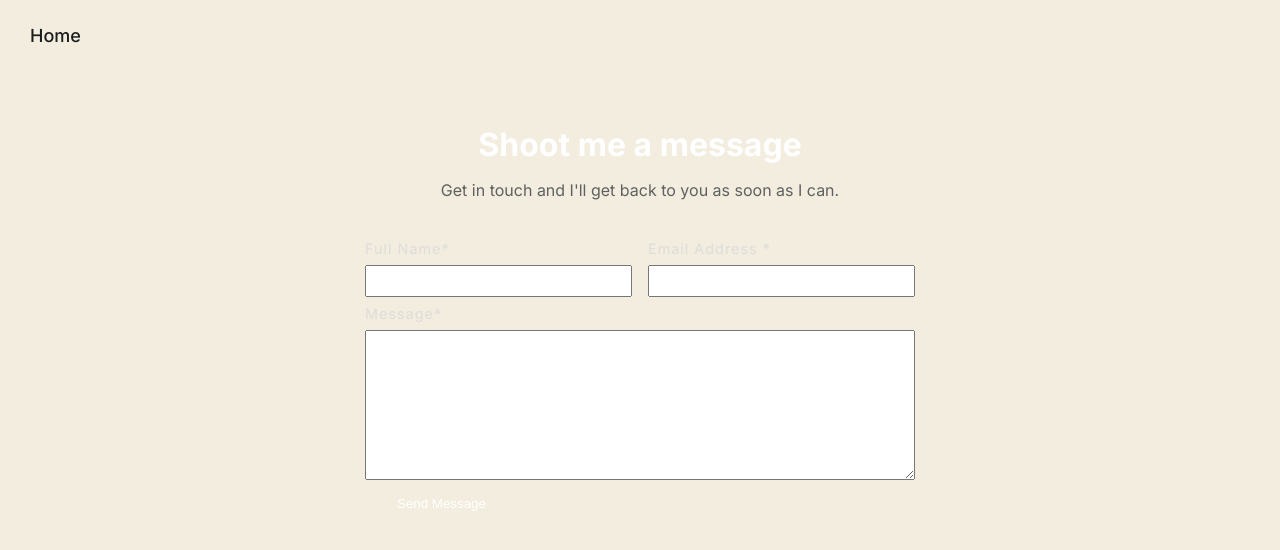
Repository: David-Waite/David-Waite-Portfolio
Page: /contact
An editor plug-in stored every save of this project. The page is shown before and after a run of saves, followed by the edit.
The browser window is 1280 px wide. The pictures show the whole page.
The project was rebuilt for these pictures with package versions that can differ from the ones it lists, and the page was loaded fresh each time. The framework's server and built-in components were replaced by stand-ins that run in the browser. Also part of the build but not shown: next.config.js, app/components/Nav/NavButton/navButton.module.css, app/components/Nav/NavButton/NavButton.tsx.

Above is the page before, as saved 2023-07-26 20:02:05.

### app/layout.tsx
import "./globals.css";
import type { Metadata } from "next";
import { Inter } from "next/font/google";
import Link from "next/link";
import NavBar from "./components/Nav/NavBar/NavBar";

const inter = Inter({ subsets: ["latin"] });

export const metadata: Metadata = {
  title: "Create Next App",
  description: "Generated by create next app",
};

export default function RootLayout({
  children,
}: {
  children: React.ReactNode;
}) {
  return (
    <html lang="en">
      <body className={inter.className}>
        <NavBar />
        {children}
      </body>
    </html>
  );
}

### app/contact/page.tsx
import { Metadata, NextPage } from "next/types";
import { Contact } from "../components/Contact/contact";

export const metadata: Metadata = {
  title: "David Waite | Contact ",
};

const ContactPage: NextPage = () => {
  return <Contact />;
};

export default ContactPage;

### app/globals.css
:root {
  --primary: #255b48;
  --black: #191d1b;
  --background: #f3eddf;
  --white: #ffffff;
  --grey: #606060;
}

.paragraph {
  font-size: 18px;
  font-style: normal;
  font-weight: 400;
  line-height: 25.2px;
  color: var(--black);
}

body {
  background-color: var(--background);
}

* {
  padding: 0;
  margin: 0;
  box-sizing: border-box;
}

### app/components/Nav/NavBar/NavBar.tsx
"use client";
import NavButton from "../NavButton/NavButton";
import styles from "./navBar.module.css";
import { usePathname } from "next/navigation";

import Link from "next/link";

export default function NavBar() {
  const currentRoute = usePathname();

  return (
    <nav className={styles.container}>
      <Link href={`./${currentRoute === "/" ? "about" : "/"}`}>
        {currentRoute === "/" ? "About" : "Home"}
      </Link>

      {currentRoute !== "/contact" && <NavButton />}
    </nav>
  );
}

### app/components/Contact/contact.tsx
"use client";

import { FormEvent, useState } from "react";
import styles from "./contact.module.css";
import { useSearchParams } from "next/navigation";
export const Contact = () => {
  const [message, setMessage] = useState<string>("");
  const [status, setStatus] = useState<string>("");
  const [disabled, setDisabled] = useState<boolean>(false);
  const searchParams = useSearchParams();

  const onContactFormSubmit = async (e: FormEvent<HTMLFormElement>) => {
    e.preventDefault();
    const formData: { [key: string]: string } = {};
    const elements = e.currentTarget.elements as unknown as Array<
      HTMLInputElement | HTMLTextAreaElement | HTMLButtonElement
    >;

    Array.from(elements).forEach((field) => {
      if (!field.name) return;
      formData[field.name] = field.value;
    });

    await fetch("/contact/send", {
      method: "POST",
      body: JSON.stringify(formData),
    })
      .then((res) => res.json())
      .then((res) => {
        setMessage(res.message);
        setStatus(res.status);
        setDisabled(res.message.length > 0);
      });
  };

  return (
    <div className={styles.container}>
      <h1 className={styles.heading}>Shoot me a message</h1>
      <p className={styles.tagline}>
        Get in touch and I&apos;ll get back to you as soon as I can.
      </p>

      <form onSubmit={onContactFormSubmit}>
        {message.length > 0 ? (
          <div
            className={`paragraph ${styles.alert} ${
              status ? styles.alertSuccess : styles.alertError
            }`}
          >
            <span>{message}</span>
          </div>
        ) : null}
        <div className={styles.topForm}>
          <div className={styles.inputCon}>
            <label htmlFor="name">
              <span>Full Name*</span>
            </label>
            <input
              type="text"
              name="name"
              id="name"
              required
              disabled={disabled}
            />
          </div>
          <div className={styles.inputCon}>
            <label htmlFor="email">
              <span>Email Address *</span>
            </label>
            <input
              type="email"
              name="email"
              id="email"
              required
              disabled={disabled}
            />
          </div>
        </div>

        <div className={`${styles.message} ${styles.inputCon}`}>
          <label htmlFor="message">
            <span>Message*</span>
          </label>
          <textarea
            rows={3}
            name="message"
            id="message"
            required
            disabled={disabled}
          ></textarea>
        </div>

        <button type="submit" className={styles.button} disabled={disabled}>
          Send Message
        </button>
      </form>
    </div>
  );
};

### app/components/Nav/NavBar/navBar.module.css
.container {
  display: flex;
  align-items: center;
  justify-content: space-between;
  height: 70px;
  padding: 0 30px;
}

.container a {
  color: var(--black);
  cursor: pointer;
  text-decoration: none;
  font-size: 18px;
  font-weight: 500;
}

### app/components/Contact/contact.module.css
.container {
  min-height: calc(100vh - 216px);
  display: flex;
  flex-direction: column;
  align-items: center;
  justify-content: center;
  color: var(--white);
}

.container h1 {
  color: var(--white);
}

.container h1 {
  margin-bottom: 16px;
}

.container p {
  text-align: center;
  margin-bottom: 40px;
  color: var(--grey);
}

.container form {
  display: flex;
  flex-direction: column;
  gap: 8px;
  position: relative;
}

.topForm {
  display: grid;
  grid-template-columns: 1fr 1fr;
  gap: 16px;
}

.inputCon {
  display: flex;
  flex-direction: column;
  gap: 8px;
}

.message textarea {
  height: 150px;
  width: 550px;
  font-size: 16px;
  padding: 8px;
}
.inputCon label {
  font-size: 14.4px;
  color: #d9d9d9d9;
  margin-bottom: 0px;
  letter-spacing: 1px;
}
.inputCon input {
  font-size: 16px;
  padding-left: 8px;
  height: 32px;
}

.inputCon select {
  height: 36px;
  font-size: 16px;
}

.container form button {
  border-radius: 3px;
  background: var(--BrandGradient);
  padding: 8px 32px;
  margin-right: auto;
  text-align: center;
  border: none;
  color: white;
  cursor: pointer;
}

.container form button:hover {
  background: linear-gradient(90deg, #a020c0 0%, #4417c9 100%);
}
.container form button p {
  margin-bottom: 0;
}

.alert {
  position: absolute;
  top: -33px;
  left: 0px;
  color: var(--white);
  font-size: 16px;
  text-align: center;

  width: 100%;
  border-radius: 3px;
}

.alertSuccess {
  background-color: green;
}

.alertError {
  background-color: red;
}

@media (max-width: 600px) {
  .container {
    padding: 10px;
  }
  .topForm {
    grid-template-columns: 1fr;
    gap: 8px;
  }
  .message textarea {
    width: calc(100vw - 38px);
  }
  .container form {
    width: 100%;
  }
}

After the next 2 saves:
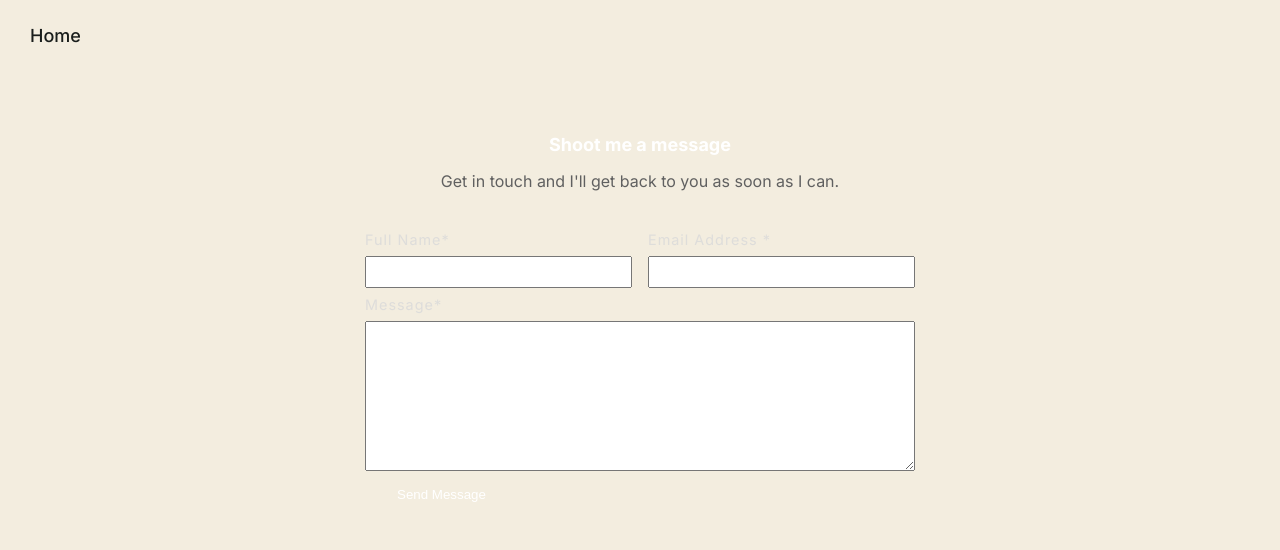
The 2 saves are shown as one change because they came seconds apart.
The last was saved 30 s later.
--- a/app/components/Contact/contact.module.css
+++ b/app/components/Contact/contact.module.css
@@ -8,7 +8,8 @@
 }
 
 .container h1 {
-  color: var(--white);
+  color: var(--back);
+  font-size: 18px;
 }
 
 .container h1 {
